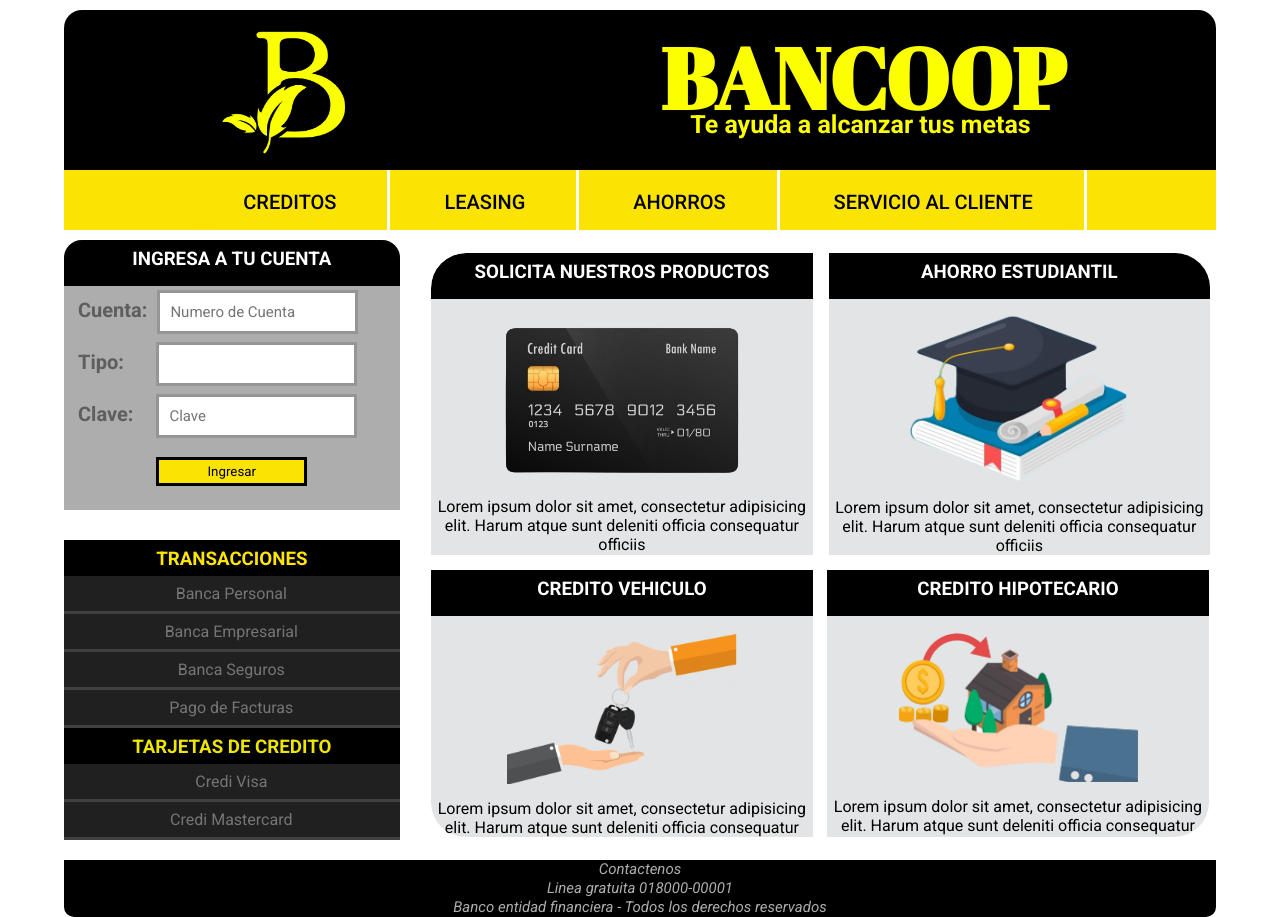
Repository: NickArregoces/BANCOOP
Page: Index.html
An editor plug-in stored every save of this project. The page is shown before and after the next save, followed by the edit.
The browser window is 1280 px wide. The pictures show the whole page.

Above is the page before, as saved 2021-10-15 11:03:21.

### Index.html
<!DOCTYPE html>
<html lang="en">
<head>
    <meta charset="UTF-8">
    <meta http-equiv="X-UA-Compatible" content="IE=edge">
    <meta name="viewport" content="width=device-width, initial-scale=1.0">
    <title>BANCOOP Home</title>
    <bgsound src="musica.mid"></bgsound>
    <link rel="stylesheet" href="/CSS/Style.css">
    <link href="https://fonts.googleapis.com/css2?family=Roboto:ital,wght@0,100;0,300;0,400;0,500;0,700;0,900;1,100;1,300;1,400;1,500;1,700;1,900&display=swap" rel="stylesheet">
    <link rel="preconnect" href="https://fonts.googleapis.com">
    <link rel="preconnect" href="https://fonts.gstatic.com" crossorigin>
    <link href="https://fonts.googleapis.com/css2?family=Abril+Fatface&display=swap" rel="stylesheet">

</head>
<body>
    <header>
            <div class="image">
                <img src="/Images/logo1.png" alt="logo">
            </div>
            <div class="title" >
                <h1>BANCOOP</h1>
                <h3>Te ayuda a alcanzar tus metas</h3>
            </div>

    </header>

    <nav class="barra"></nav>

            <div class="navegador">
                <ul class="menu">
                    <li><a href="/Creditos.html">Creditos</a></li>
                    <li><a href="/Leasing.html">leasing</a></li>
                    <li><a href="/Ahorros.html">Ahorros</a></li>
                    <li><a href="/Servicio.html">Servicio al cliente</a></li>
                </ul>
            </div>


            <div class="section">
                <form action="" class="login">
                    <h3 style="color: rgb(255, 255, 255);">INGRESA A TU CUENTA</h3>
                        <div class="cuenta">
                            <h4>Cuenta:<input type="number" placeholder="Numero de Cuenta" required></h4>
                        </div>

                        <div class="tipo">
                            <h4>Tipo:<input type="text" required></h4>
                        </div>

                        <div class="clave">
                            <h4>Clave:<input type="password" placeholder="Clave" required></h4>
                        </div>

                    <div class="center">
                        <button class="sumbit"> Ingresar </button>
                    </div>

                </form>

                <article class="opciones">
                    <h3 style="color: rgb(255, 230, 0);">TRANSACCIONES</h3>
                    <li><a href="#">Banca Personal</a></li>
                    <li><a href="#">Banca Empresarial</a></li>
                    <li><a href="#">Banca Seguros</a></li>
                    <li><a href="#">Pago de Facturas</a></li>

                    <h3 style="color: rgb(238, 230, 0);">TARJETAS DE CREDITO</h3>
                    <li><a href="#">Credi Visa</a></li>
                    <li><a href="#">Credi Mastercard</a></li>
                </article>
            </div>
            <div class="Contenido">
                <aside>
                    <div class="solicita">
                        <h3 style="color: rgb(255, 255, 255);">SOLICITA NUESTROS PRODUCTOS</h3>

                        <div id="Prueba">
                        <img id="Prubea" src="/Images/credit.png" alt="">
                        </div>

                        <p>Lorem ipsum dolor sit amet, consectetur adipisicing elit.
                            Harum atque sunt deleniti officia consequatur officiis</p>
                    </div>

                    <div class="ahorro">
                        <h3 style="color: rgb(255, 255, 255);">AHORRO ESTUDIANTIL</h3>

                        <div id="Prueba">
                        <img id="Prubea" src="/Images/Captura de pantalla 2021-10-04 181948.png" alt="">
                        </div>

                        <p>Lorem ipsum dolor sit amet, consectetur adipisicing elit.
                            Harum atque sunt deleniti officia consequatur officiis</p>
                    </div>

                    <div class="credito">
                        <h3 style="color: rgb(255, 255, 255);">CREDITO VEHICULO</h3>

                        <div id="Prueba">
                        <img id="Prubea" src="/Images/Captura de pantalla 2021-10-04 192824.png" alt="">
                        </div>

                        <p>Lorem ipsum dolor sit amet, consectetur adipisicing elit.
                            Harum atque sunt deleniti officia consequatur</p>
                    </div>
                    <div class="hipotecario">
                        <h3 style="color: rgb(255, 255, 255);">CREDITO HIPOTECARIO</h3>

                        <div id="Prueba">
                        <img id="Prubea" src="/Images/Wallpaper(80).jpg" alt="">
                        </div>

                        <p>Lorem ipsum dolor sit amet, consectetur adipisicing elit.
                            Harum atque sunt deleniti officia consequatur </p>
                    </div>
                </aside>
            </div>
            <footer>
                    <p>Contactenos</p>
                    <p>Linea gratuita 018000-00001</p>
                    <p>Banco entidad financiera
                    - Todos los derechos reservados</p>
            </footer>

        </div>

</body>
</html>

### CSS/Style.css

*{
    margin: 0 auto;
    padding: 0;
    list-style:none;
    font-family: 'Roboto', sans-serif;
}
body{
    font-family: Arial, Helvetica, sans-serif;
    background: rgb(255, 255, 255);
    width: 90%;
    color: rgb(0, 0, 0);
}
header{
    display: flex;
    justify-content: space-around;
    padding: 10px 0px;
    margin-top: 10px;
    background:rgb(0, 0, 0);
    border-top-left-radius:  18px;
    border-top-right-radius:  18px;
    height: 120px;
}
    /*Logo*/
    .image img{
        width: 130px;
        cursor: pointer;
        margin: auto;
        margin-top: 5px;
    }
    header .title h1{
        width: 400px;
        height: 90px;
        margin-left: auto;
        font-family: 'Abril Fatface', cursive;
        font-size: 85px;
        text-align: center;
        color: rgb(251, 255, 0);
    }

    header .title h3{
        width: 400px;
        margin-left: auto;
        font-size: 25px;
        text-align: center;
        color: rgb(251, 255, 0);
    }

nav.barra{
    background: rgb(0, 0, 0);
    height: 20px;
}
div.navegador{
    background: rgb(251, 227, 3);
    justify-content: space-around;
    align-items: center;
    display:flex
}
    ul.menu{
        border-bottom-left-radius: 20px 20px;
        border-bottom-right-radius: 20px 20px;
        background: rgb(251, 227, 3);
        height: 60px;
        list-style: none;
        padding: 0;
        max-width: 10000px;
    }
    .menu a{
        height: 20px;
        font-size: 20px;
        font-weight: 500;
        margin-right: 1px;
        text-transform: uppercase;
        text-decoration: none;
        color:black;
        padding: 20px;
        display: inline-block;
        transition: all 0.3s;
    }
    .menu li {
        border-right: solid white;
        display: inline-block;
        padding: 0px 30px;
        list-style: none;

        }
    .menu a:hover{
        background: #8d8405b6;
        color: white;
        border-radius: 10px;
        padding: 10px 18px;
        }

.section{
    width: 30%;
    float: left;
    display: flex;
    flex-flow: row wrap;
}
    /*Formulario Login*/
    form{
        background: rgb(173, 173, 173);
        border-top-left-radius: 18px;
        border-top-right-radius: 18px;
        margin-top: 10px;
        margin-right:10px;
        margin-bottom: 10px;
        width: 100%;
        height: 270px;
    }
        form h3{
            text-align: center;
            background: black;
            height: 30px;
            padding: 8px;
            border-top-left-radius: 18px;
            border-top-right-radius: 18px;
        }
        form h4{
            font-size: 20px;
            padding: 4px;
            margin-left: 10px;
            color: rgb(95, 93, 93);

        }
        form input{
            font-size: 15px;
            width: 55%;
            padding: 10px;
            display: inline;
            border: solid rgb(149, 149, 149);
            margin-left: 10px;
        }
        div.clave input {
            margin-left: 23px;
        }
        div.tipo input {
            margin-left: 32px;
        }
        div.center{
            margin-top: 10px;
            margin: auto;
            text-align: center;
            width: 50%;
            cursor: pointer;
        }
        button{
            margin-top: 15px;
            width: 90%;
            padding: 4px;
            background: rgb(251, 227, 3);
            border: solid black;
            cursor: pointer;
        }
        button:hover{
            background: #000000;
            color: rgb(251, 227, 3);
            border-radius: 8px;
        }
    /*Menu lateral*/
    article {
        width: 100%;
        height: 300px;
        background: rgb(32, 32, 32);
        margin-top: 20px;
        margin-right:10px;
        margin-bottom: 10px;
    }
        article h3{
            text-align: center;
            padding: 8px;
            height: 20px;
            background: black;
        }
        .opciones li a{
            font-size: 16px;
            margin-right: 1px;
            text-align: center;
            text-decoration: none;
            color:rgb(117, 117, 117);
            padding: 8px;
            display: inline-block;
        }
        .opciones li {
            border-bottom: solid rgba(68, 68, 68, 0.897);
            text-align: center;
            display:inline-flexbox;
            }
        .opciones li a:hover{
            background: #242323b6;
            color: rgb(251, 227, 3);
            padding: 10px;
            }

    /*Servicios*/

aside{
    width: 69%;
    height: 610px;
    margin-top: 10px;
    float: right;
    margin-bottom: 10px;
    display: flex;
    flex-flow: row wrap;
    align-content: center;
}
    div.solicita{
        width: 48%;
        float: left;
        border-top-left-radius: 35px;
        margin-left: 10px;
        background: #e3e4e5;
        text-align:center;
        overflow:hidden;
    }
    /*Centrado Imagenes aside*/
    #Prueba{
        display: flex;
        align-items: center;
        justify-content: center;
    }
        div.solicita img {
            width: 250px;
            margin-top: 15px;
            margin-bottom: 15px;
            cursor:pointer;
        }
        /*Efecto Imagenes aside*/
        aside img:hover{
            -webkit-transform:scale(1.1);
            transform:scale(1.1);
        }
        div.solicita h3{
            text-align: center;
            background: black;
            height: 30px;
            padding: 8px;
            border-top-left-radius: 35px;
        }
        div.solicita p{
            display: inline-block;
            text-align: center;
        }

    div.ahorro {
        width: 48%;
        float: right;
        border-top-right-radius: 35px;
        margin-left: 10px;
        background: #e3e4e5;
    }
        div.ahorro img {
            width: 220px;
            margin-top: 15px;
            margin-bottom: 15px;
            cursor:pointer;
        }
        div.ahorro h3{
            text-align: center;
            background: black;
            height: 30px;
            padding: 8px;
            border-top-right-radius: 35px;
        }
        div.ahorro p{
            display: inline-block;
            text-align: center;
        }

    div.credito {
        width: 48%;
        float: left;
        margin-top: 15px;
        border-bottom-left-radius: 35px;
        margin-left: 10px;
        background: #e3e4e5;
    }
        div.credito img {
            width: 230px;
            margin-top: 15px;
            margin-bottom: 15px;
            cursor:pointer;
        }
        div.credito h3{
            text-align: center;
            background: black;
            height: 30px;
            padding: 8px;
        }
        div.credito p{
            display: inline-block;
            text-align: center;
        }

    div.hipotecario {
        width: 48%;
        float: right;
        border-top-right-radius: 35px;
        border-bottom-right-radius: 35px;
        margin-top: 15px;
        background: #e3e4e5;
        }
            div.hipotecario img {
                width: 240px;
                margin-top: 15px;
                margin-bottom: 15px;
                cursor:pointer;
            }
            div.hipotecario h3{
                text-align: center;
                background: black;
                height: 30px;
                padding: 8px;
            }
            div.hipotecario p{
                display: inline-block;
                text-align: center;
            }

    /*Pie de Pagina*/
footer{
    background: black;
    clear: both;
    border-bottom-left-radius: 10px;
    border-bottom-right-radius: 10px;
}
    footer p{
        font-size: 15px;
        text-align: center;
        line-height: 15px;
        color: rgb(175, 174, 174);
        font-style:italic;
        padding: 2px;
    }

After the next save:
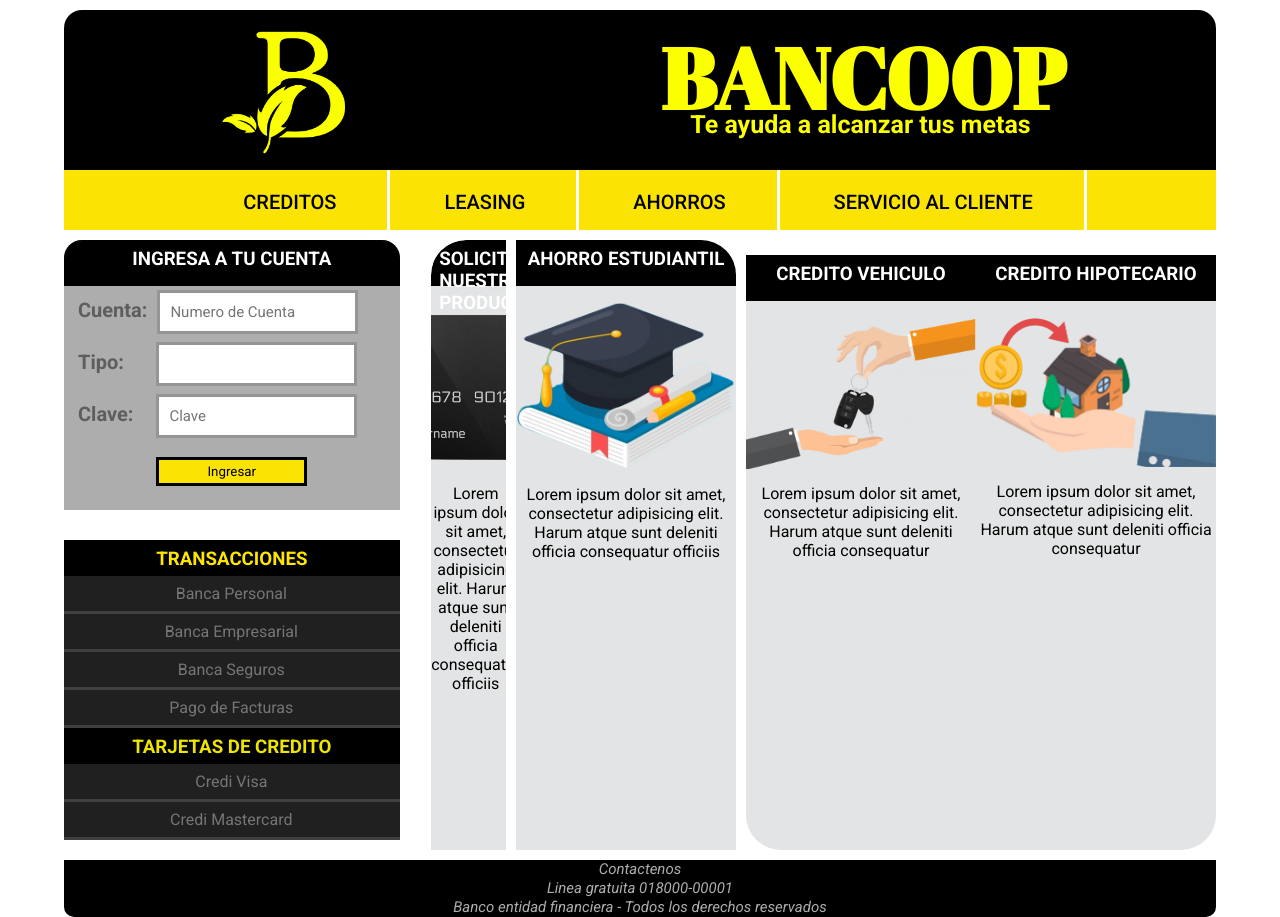
Saved 9 s later.
--- a/CSS/Style.css
+++ b/CSS/Style.css
@@ -201,7 +201,7 @@ aside{
     float: right;
     margin-bottom: 10px;
     display: flex;
-    flex-flow: row wrap;
+
     align-content: center;
 }
     div.solicita{
